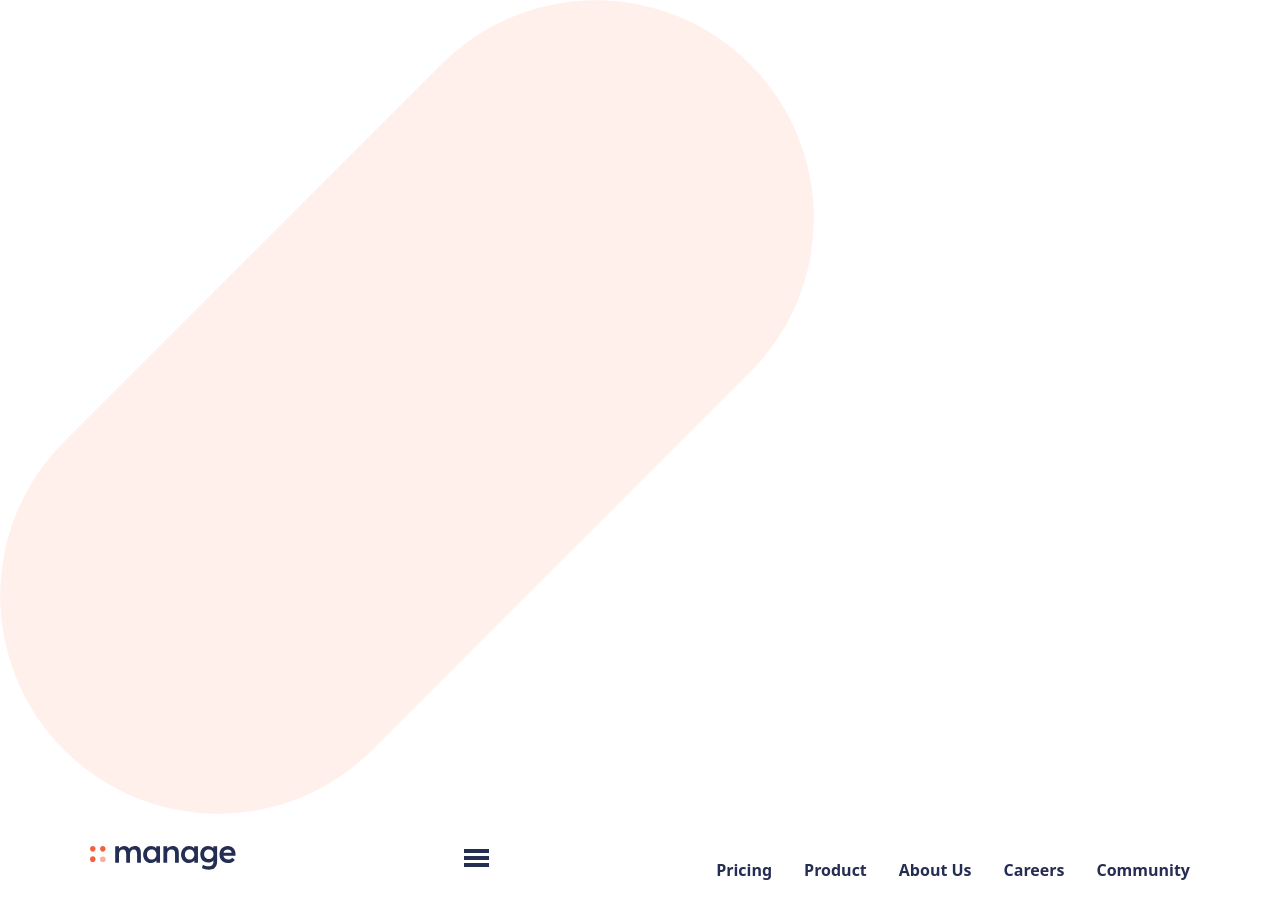
Repository: aqib-01/manage-landing-page
Page: /
An editor plug-in stored every save of this project. The page is shown before and after a run of saves, followed by the edit.
The browser window is 1280 px wide. The pictures show the whole page.
The project was rebuilt for these pictures with package versions that can differ from the ones it lists, and the page was loaded fresh each time.

Above is the page before, as saved 2022-05-12 19:08:32.

### public/index.html
<!DOCTYPE html>
<html lang="en">
  <head>
    <meta charset="utf-8" />
    <link rel="icon" href="%PUBLIC_URL%/favicon.ico" />
    <meta name="viewport" content="width=device-width, initial-scale=1" />
    <meta name="theme-color" content="#000000" />
    <meta name="description" content="Manage Landing Page" />
    <link rel="apple-touch-icon" href="%PUBLIC_URL%/logo192.png" />

    <link rel="manifest" href="%PUBLIC_URL%/manifest.json" />

    <title>Manage Landing Page</title>
  </head>
  <body>
    <noscript>You need to enable JavaScript to run this app.</noscript>
    <div id="root"></div>
  </body>
</html>

### src/index.js
import React from "react";
import ReactDOM from "react-dom";
import "./css/tailwind.css";
import "./css/style.css";
import App from "./App";

ReactDOM.render(
  <React.StrictMode>
    <App />
  </React.StrictMode>,
  document.getElementById("root")
);

### src/css/style.css
.wrapper {
  width: 90%;
  max-width: 1100px;
  @apply mx-auto;
}

img {
  max-width: 100%;
}

html,
body {
  overflow-x: hidden;
}

body {
  position: relative;
}

.nav-intro-sect {
  background-image: url(../../public/images/bg-tablet-pattern.svg);
  background-repeat: no-repeat;
  background-size: contain;
  background-position: top -70px right -80px;
}

@media (min-width: 768px) {
  .nav-intro-sect {
    background-position: top -20px right -60px;
  }
}

nav {
  @apply bg-white absolute top-full  rounded-md text-lg
  font-bold left-0 right-0 mx-5 xs:mx-7 sm:mx-16 md:m-0 overflow-hidden
   text-dark-blue h-0 md:relative md:inset-auto md:overflow-visible
   md:bg-transparent md:text-base  z-30;
}

nav ul {
  @apply py-10 px-8 flex flex-col items-center gap-5 md:gap-8 md:flex-row md:p-0;
}

nav li a {
  @apply hover:opacity-50;
}

.get-start-btn {
  @apply font-bold  bg-bright-red px-7 py-3 rounded-full
  text-white hover:opacity-70;
  -webkit-box-shadow: 0 3px 8px rgba(0, 0, 0, 0.493);
          box-shadow: 0 3px 8px rgba(0, 0, 0, 0.493);
}

.get-start-btn-white {
  @apply font-bold  bg-white px-7 py-3 rounded-full
  text-bright-red hover:bg-very-pale-red;
}

.what-diff-head {
  position: relative;
  @apply flex items-stretch;
}

.what-diff-head::before {
  content: "";
  position: absolute;
  inset: 0;
  @apply bg-very-pale-red -z-10 rounded-full -right-full md:content-none;
}

.what-diff-head span {
  @apply bg-bright-red text-white px-6 rounded-full py-1.5 mr-3
    flex items-center;
}

.what-diff-head h4 {
  @apply font-semibold text-dark-blue flex items-center sm:text-lg md:text-xl;
}

.what-diff-desc {
  @apply text-dark-grayish-blue mt-5 md:mt-2 md:ml-20 text-sm sm:text-base;
}

.swiper-wrapper {
  -webkit-box-align: stretch !important;
      -ms-flex-align: stretch !important;
          align-items: stretch !important;
}

.swiper-wrapper .swiper-slide {
  height: auto;
}

.swiper-pagination-bullet {
  width: 10px !important;
  background-color: transparent !important;
  height: 10px !important;
  border: 2px solid #f25f3a !important;
}

.swiper-pagination-bullet-active {
  background-color: #f25f3a !important;
}

.simplify-sect {
  @apply bg-bright-red py-20;
  background-image: url(../../public/images/bg-simplify-section-mobile.svg);
  background-repeat: no-repeat;
}

@media (min-width: 768px) {
  .simplify-sect {
    background-image: url(../../public/images/bg-simplify-section-desktop.svg);
  }
}

.simplify-sect h2 {
  @apply text-4xl text-white font-semibold text-center
     md:text-left;
}

.simplify-sect button {
  @apply block mt-10 mx-auto md:m-0;
}

.footer-nav {
  @apply flex flex-col gap-3;
}

.footer-nav li a {
  @apply text-very-light-gray font-semibold hover:underline hover:opacity-50;
}

.social-links li button {
  @apply hover:opacity-50;
}

.social-links li button img {
  width: 25px;
}
/*# sourceMappingURL=style.css.map */

### src/App.js
import React from "react";
import Nav from "./components/Nav";

const App = () => {
  return (
    <>
      <Nav />
    </>
  );
};

export default App;

### src/components/Nav.js
import React, { useEffect, useState } from "react";
import gsap from "gsap";
import { ScrollTrigger } from "gsap/ScrollTrigger";
gsap.registerPlugin(ScrollTrigger);
const Nav = () => {
  const [isNavOpen, setIsNavOpen] = useState(false);
  const toggleNav = () => {
    setIsNavOpen(!isNavOpen);
  };
  useEffect(() => {
    let navShowEl = document.querySelector(".nav-show");
    let navHideEl = document.querySelector(".nav-hide");
    if (navShowEl) {
      gsap.to(navShowEl, {
        height: "auto",
        ease: "power",
      });
    }
    if (navHideEl) {
      gsap.to(navHideEl, {
        height: 0,
        duration: 0.2,
      });
    }
  }, [isNavOpen]);
  return (
    <>
      {isNavOpen && (
        <div className="bg-black fixed inset-0 bg-opacity-10"></div>
      )}
      <div>
        <img src="images/bg-tablet-pattern.svg" alt="" />
      </div>
      <header className=" ">
        <div className="wrapper py-8 relative">
          <div className="flex items-center justify-between">
            <div className="logo-main relative z-20">
              <img src="images/logo.svg" alt="Main Logo" />
            </div>
            <button className="ham-btn relative z-20 " onClick={toggleNav}>
              <img
                src={
                  isNavOpen
                    ? "images/icon-close.svg"
                    : "images/icon-hamburger.svg"
                }
                alt="Hamburger Icon"
              />
            </button>
            <nav className={isNavOpen ? "nav-show" : "nav-hide"}>
              <ul>
                <li>
                  <a href="#">Pricing</a>
                </li>
                <li>
                  <a href="#">Product</a>
                </li>
                <li>
                  <a href="#">About Us</a>
                </li>
                <li>
                  <a href="#">Careers</a>
                </li>
                <li>
                  <a href="#">Community</a>
                </li>
              </ul>
            </nav>
          </div>
        </div>
      </header>
    </>
  );
};

export default Nav;

### tailwind.config.js
module.exports = {
  content: ["./src/**/*.{js,jsx,ts,tsx}"],
  theme: {
    screens: {
      xs: "380px",
      sm: "640px",

      md: "768px",

      lg: "1024px",

      xl: "1280px",

      "2xl": "1536px",
    },
    extend: {
      colors: {
        "bright-red": "hsl(12, 88%, 59%)",
        "dark-blue": "hsl(228, 39%, 23%)",
        "dark-grayish-blue": "hsl(227, 12%, 61%)",
        "very-dark-blue": "hsl(233, 12%, 13%)",
        "very-pale-red": "hsl(13, 100%, 96%)",
        "very-light-gray": "hsl(0, 0%, 98%)",
      },
    },
  },
  plugins: [],
};

Loaded but not shown: src/css/tailwind.css (common file)

After the next 2 saves:
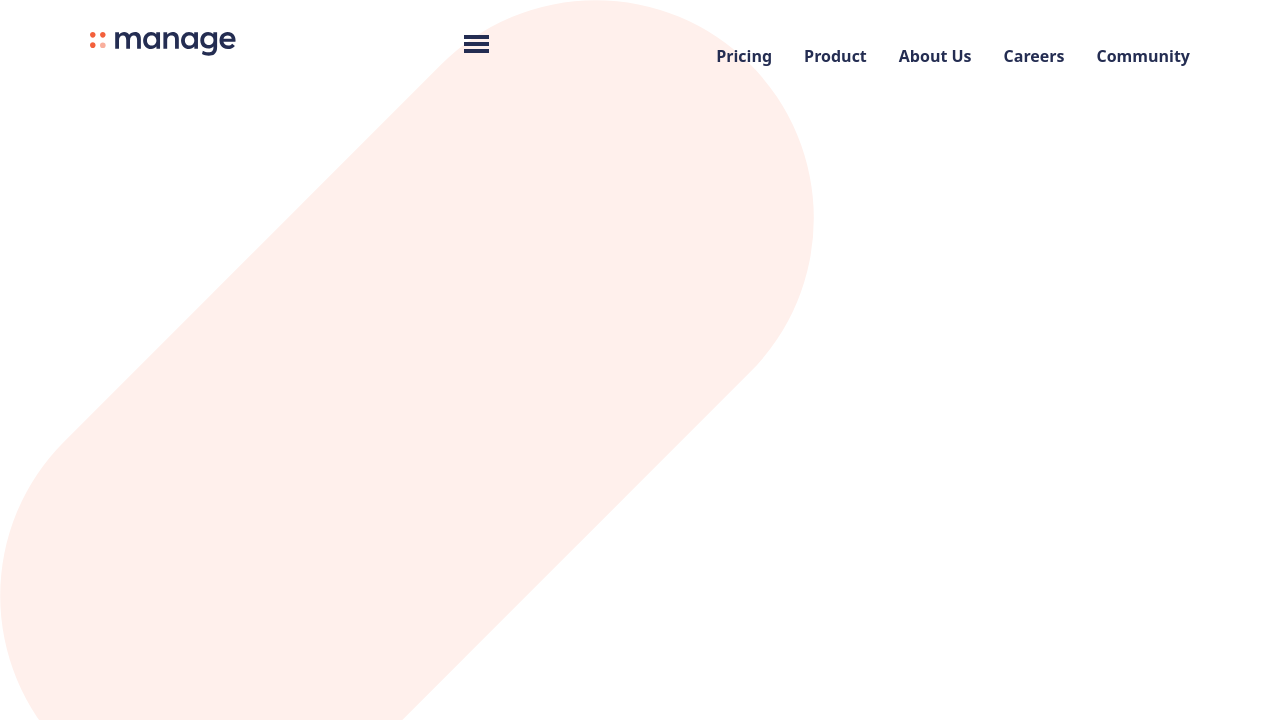
The 2 saves are shown as one change because they came seconds apart.
The last was saved 11 s later.
--- a/src/components/Nav.js
+++ b/src/components/Nav.js
@@ -28,7 +28,7 @@
       {isNavOpen && (
         <div className="bg-black fixed inset-0 bg-opacity-10"></div>
       )}
-      <div>
+      <div className="fixed ">
         <img src="images/bg-tablet-pattern.svg" alt="" />
       </div>
       <header className=" ">
